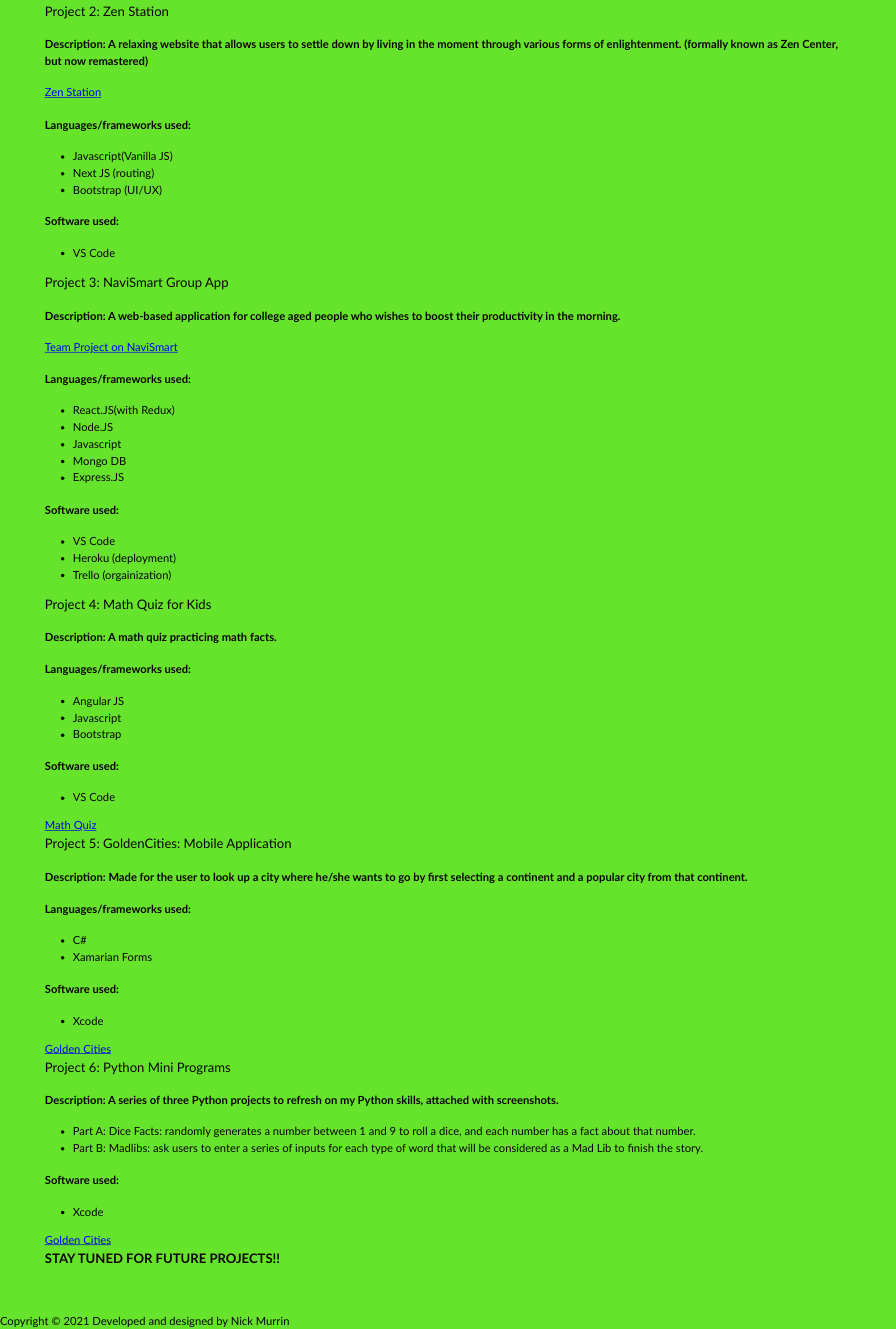
Repository: collegedude9300/modernport
Page: about.html
These files come from the project's save history. The page is drawn as it stood at one moment and after the next save; the edit follows.
The browser window is 1280 px wide. The pictures show the part of the page from y = 794 to 2714 px (the page is 2693 px tall before and 2714 px after), at 70% of full size.

Above is the page before, as saved 2022-10-21 17:33:57.

### about.html
<!DOCTYPE html>
<html lang="en">
<head>
  <meta charset="UTF-8">
  <meta name="viewport" content="width=device-width, initial-scale=1.0">
  <meta http-equiv="X-UA-Compatible" content="ie=edge">
  <link rel="stylesheet" href="css/main.css">
  <title>Portfolio</title>
</head>
<body>
<header>
<div class="menu-btn">
<div class="btn-line"></div>
<div class="btn-line"></div>
<div class="btn-line"></div>
</div>

<nav class="menu">
<div class="menu-branding">
<div class="portrait"></div>
</div>

<ul class="menu-nav">
<li class="nav-item">
<a href="index.html" class="nav-link">
Home
</a>
</li>

<li class="nav-item current">
<a href="about.html" class="nav-link">
About Me
</a>
</li>



<li class="nav-item">
<a href="contact.html" class="nav-link">
Contact Me
</a>
</li>
</ul>
</nav>
</header>
<main id="home">

<h1 class="lg-heading">
About Me:
</h1>
    <div class="about-info">
      <div class="bio">
        <p>My name is Nick Murrin and I am a Computer Science graduate of California State University San Marcos.
        I also have a certification in web development, specifically in Full Stack Web Developement.
        My  current expertise is in Front End Web Development.
        I take pride in my  work, and I am always available to help people with their websites.
        </p>
      </div>
      <div class="project1">
        <h3>Project 1: Education Station </h3>
        <h4>Description: An educational website that reinforces early education for younger kids.</h4>
        <a href="https://educationstation.vercel.app/ "/>Education Station </a>
<h4> Languages/frameworks used: </h4>
<ul>
  <li>Javascript (Vanilla JS)</li>
  <li>Bootstrap</li>
</ul>
<h4> Software used: </h4>
<ul>
<li> Notepad ++  </li>
</ul>
      </div>
      <div class="project2">
        <h3>Project 2: Zen Station</h3>
        <h4>Description: A relaxing website that allows users to settle down by living in the moment through various forms of enlightenment.
          (formally known as Zen Center, but now remastered)</h4>
        <a href="https://zenstationnext.vercel.app/"/> Zen Station </a>
<h4> Languages/frameworks used: </h4>
<ul>
  <li>Javascript(Vanilla JS)</li>
  <li>Next JS (routing)</li>
  <li>Bootstrap (UI/UX)</li>
</ul>
<h4> Software used: </h4>
<ul>
<li> VS Code  </li>
</ul>
      </div>
      <div class="project3">
        <h3>Project 3: NaviSmart Group App</h3>
        <h4>Description: A web-based application for college aged people who wishes to boost their productivity in the morning.
        </h4>
        <a href="https://github.com/Willhanau/FigNeutrons">Team Project on NaviSmart</a>
 <h4> Languages/frameworks used: </h4>
<ul>
  <li>React.JS(with Redux)</li>
  <li>Node.JS</li>
  <li>Javascript</li>
  <li> Mongo DB  </li>
  <li>Express.JS</li>
</ul>
<h4> Software used: </h4>
<ul>
<li> VS Code  </li>
<li> Heroku (deployment)  </li>
<li> Trello (orgainization)  </li>
</ul>
</div>

<div class="project4">
        <h3>Project 4: Math Quiz for Kids</h3>
        <h4>Description: A math quiz practicing math facts.</h4>
<h4> Languages/frameworks used: </h4>
<ul>
  <li>Angular JS</li>
  <li>Javascript</li>
  <li>Bootstrap</li>
</ul>
<h4> Software used: </h4>
<ul>
<li> VS Code  </li>
</ul>
<a href="https://github.com/collegedude9300/mathquiz"/> Math Quiz </a>
      </div>
</div>
<div class="project5">
        <h3>Project 5: GoldenCities: Mobile Application</h3>
        <h4>Description: Made for the user to look up a city where he/she wants to go by first selecting a continent and a popular city from that continent.</h4>
<h4> Languages/frameworks used: </h4>
<ul>
  <li>C#</li>
  <li>Xamarian Forms</li>
</ul>
<h4> Software used: </h4>
<ul>
<li> Xcode  </li>
</ul>
<a href="https://github.com/collegedude9300/goldencity"/> Golden Cities </a>
      </div>
</div>
<div class="project6">
        <h3>Project 6: Python Mini Programs</h3>
        <h4>Description: A series of three Python projects to refresh on my Python skills, attached with screenshots.</h4>
<ul>
  <li>Part A: Dice Facts: randomly generates a number between 1 and 9 to roll a dice, and each number has a fact about that number. </li>
  <a href="https://github.com/collegedude9300/factdice"/> </a>
  <li>Part B: Madlibs:  ask users to enter a series of inputs for each type of word that will be considered as a Mad Lib to finish the story.</li>
</ul>
<h4> Software used: </h4>
<ul>
<li> Xcode  </li>
</ul>
<a href="https://github.com/collegedude9300/goldencity"/> Golden Cities </a>
      </div>
</div>
<h3> <b>STAY TUNED FOR FUTURE PROJECTS!! </b></h3>
</main>
  <footer id="main-footer">
  Copyright &copy; 2021
  Developed and designed by Nick Murrin
  </footer>
<script src="js/main.js"> </script>
</body>
</html>

### css/main.css
.menu-btn {
  position: absolute;
  z-index: 3;
  right: 35px;
  top: 35px;
  cursor: pointer;
  transition: all 0.5s ease-out; }
  .menu-btn .btn-line {
    width: 28px;
    height: 3px;
    margin: 0 0 5px 0;
    background: #000;
    transition: all 0.5s ease-out; }
  .menu-btn.close {
    transform: rotate(180deg); }
    .menu-btn.close .btn-line:nth-child(1) {
      transform: rotate(45deg) translate(5px, 5px); }
    .menu-btn.close .btn-line:nth-child(2) {
      opacity: 0; }
    .menu-btn.close .btn-line:nth-child(3) {
      transform: rotate(-45deg) translate(7px, -6px); }

.menu {
  position: fixed;
  top: 0;
  width: 100%;
  opacity: 0.9;
  visibility: hidden; }
  .menu.show {
    visibility: visible; }
  .menu-branding, .menu-nav {
    display: flex;
    flex-flow: column wrap;
    align-items: center;
    justify-content: center;
    float: left;
    width: 50%;
    height: 100vh;
    overflow: hidden; }
  .menu-nav {
    margin: 0;
    padding: 0;
    background: #f6a205;
    list-style: none;
    transform: translate3d(0, -100%, 0);
    transition: all 0.5s ease-out; }
    .menu-nav.show {
      transform: translate3d(0, 0, 0); }
  .menu-branding {
    background: #faac1b;
    transform: translate3d(0, 100%, 0);
    transition: all 0.5s ease-out; }
    .menu-branding.show {
      transform: translate3d(0, 0, 0); }
    .menu-branding .portrait {
      width: 250px;
      height: 250px; }
  .menu .nav-item {
    transform: translate3d(600px, 0, 0);
    transition: all 0.5s ease-out; }
    .menu .nav-item.show {
      transform: translate3d(0, 0, 0); }
  .menu .nav-link {
    display: inline-block;
    position: relative;
    font-size: 30px;
    text-transform: uppercase;
    padding: 1rem 0;
    font-weight: 300;
    color: #000;
    text-decoration: none;
    transition: all 0.5s ease-out; }

.nav-item:nth-child(1) {
  transition-delay: 0.1s; }

.nav-item:nth-child(2) {
  transition-delay: 0.2s; }

.nav-item:nth-child(3) {
  transition-delay: 0.3s; }

.nav-item:nth-child(4) {
  transition-delay: 0.4s; }

@media screen and (min-width: 1171px) {
  .projects {
    grid-template-columns: repeat(4, 1fr); } }

@media screen and (min-width: 769px) and (max-width: 1170px) {
  .projects {
    grid-template-columns: repeat(3, 1fr); } }

@media screen and (max-width: 768px) {
  main {
    align-items: center;
    text-align: center; }
    main .lg-heading {
      line-height: 1;
      margin-bottom: 1rem; }
  ul.menu-nav,
  div.menu-branding {
    float: none;
    width: 100%;
    min-height: 0; }
    ul.menu-nav.show,
    div.menu-branding.show {
      transform: translate3d(0, 0, 0); }
  .menu-nav {
    height: 75vh;
    transform: translate3d(-100%, 0, 0);
    font-size: 24px; }
  .menu-branding {
    height: 25vh;
    transform: translate3d(100%, 0, 0); }
    .menu-branding .portrait {
      width: 150px;
      height: 150px; }
  .about-info {
    grid-template-areas: 'bioimage'
 'bio'
 'job1'
 'job2'
 'job3';
    grid-template-columns: 1fr; }
  .projects {
    grid-template-columns: repeat(2, 1fr); } }

@media screen and (max-width: 500px) {
  main {
    padding: 2rem; }
    main #home h1 {
      margin-top: 10vh; }
    main .lg-heading {
      margin-top: 1rem;
      font-size: 5rem; }
  .projects {
    grid-template-columns: 1fr; } }

* {
  box-sizing: border-box; }

body {
  background: #66e42c;
  color: #0a0303;
  height: 100%;
  margin: 0;
  font-family: 'Trebuchet MS', 'Lucida Sans Unicode', 'Lucida Grande', 'Lucida Sans', Arial, sans-serif;
  line-height: 1.5; }

.transition1 {
  width: 150px;
  height: 150px;
  background: red;
  transition: width 3s; }

.transition2 {
  width: 150px;
  height: 150px;
  background: #12e7ee;
  transition: width 3s; }

.transition3 {
  width: 150px;
  height: 150px;
  background: #e7d918;
  transition: width 3s; }

.transition4 {
  width: 150px;
  height: 150px;
  background: rgba(238, 150, 18, 0.753);
  transition: width 3s; }

.myTitle {
  padding: 50px;
  margin: 20px;
  font-size: 30px;
  font-family: Cambria, Cochin, Georgia, Times, 'Times New Roman', serif;
  color: #1133ca; }

h1, h2, h3 {
  margin: 0;
  font-weight: 400; }

.lg-heading {
  font-size: 6rem; }

header {
  position: relative;
  z-index: 2; }

main {
  padding: 4rem;
  height: 100%; }
  main#home {
    overflow: hidden; }
  main h1 {
    margin-top: 20vh; }

### js/main.js
// Select DOM Items
const menuBtn = document.querySelector('.menu-btn');
const menu = document.querySelector('.menu');
const menuNav = document.querySelector('.menu-nav');
const menuBranding = document.querySelector('.menu-branding');
const navItems = document.querySelectorAll('.nav-item');

// Set Initial State Of Menu
let showMenu = false;

menuBtn.addEventListener('click', toggleMenu);

function toggleMenu() {
  if (!showMenu) {
    menuBtn.classList.add('close');
    menu.classList.add('show');
    menuNav.classList.add('show');
    menuBranding.classList.add('show');
    navItems.forEach(item => item.classList.add('show'));

    // Set Menu State
    showMenu = true;
  } else {
    menuBtn.classList.remove('close');
    menu.classList.remove('show');
    menuNav.classList.remove('show');
    menuBranding.classList.remove('show');
    navItems.forEach(item => item.classList.remove('show'));

    // Set Menu State
    showMenu = false;
  }
}

After the next save:
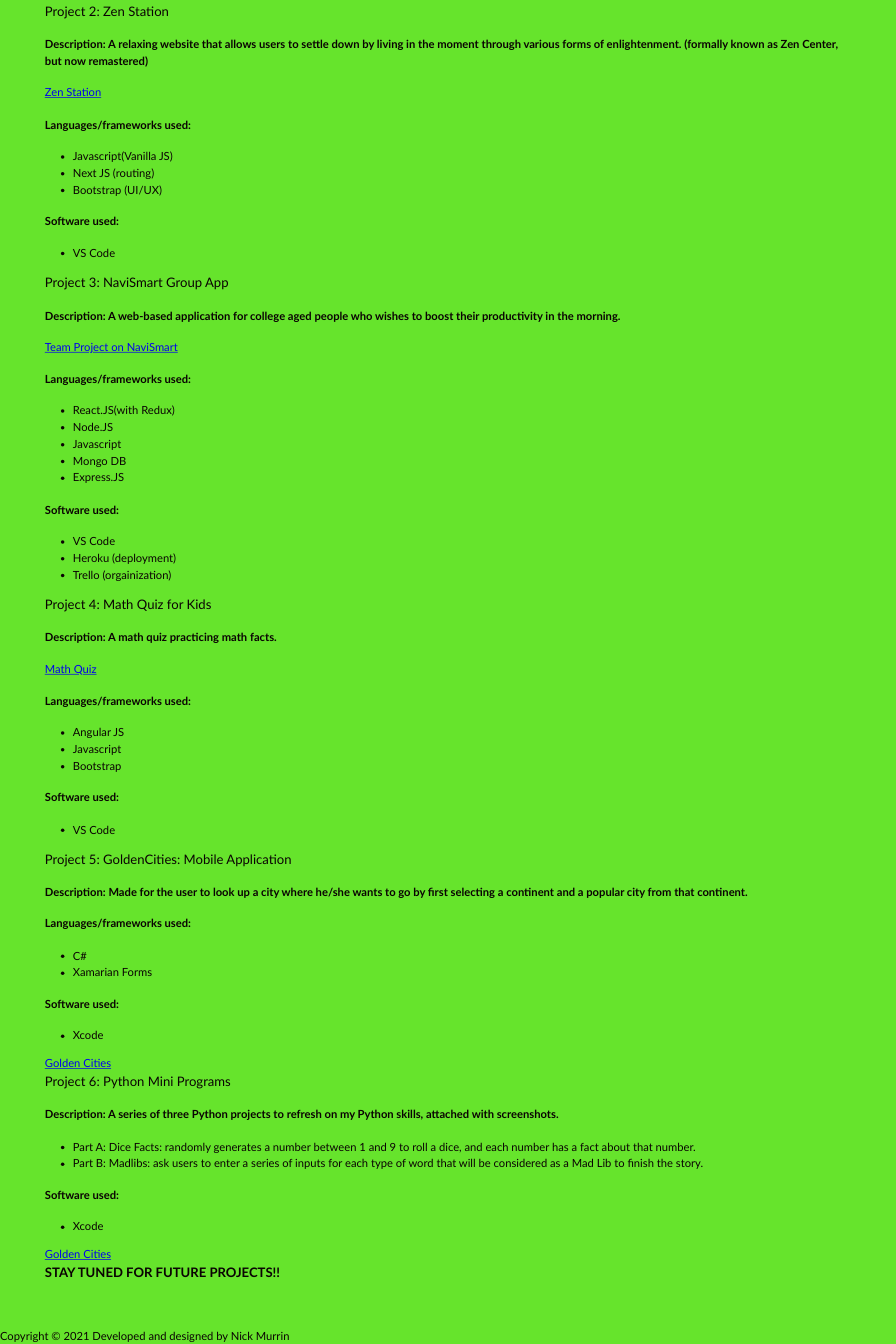
Saved 2 min 54 s later.
--- a/about.html
+++ b/about.html
@@ -110,6 +110,7 @@ About Me:
 <div class="project4">
         <h3>Project 4: Math Quiz for Kids</h3>
         <h4>Description: A math quiz practicing math facts.</h4>
+        <a href="https://mathquiz-sigma.vercel.app/"/> Math Quiz </a>
 <h4> Languages/frameworks used: </h4>
 <ul>
   <li>Angular JS</li>
@@ -120,7 +121,6 @@ About Me:
 <ul>
 <li> VS Code  </li>
 </ul>
-<a href="https://github.com/collegedude9300/mathquiz"/> Math Quiz </a>
       </div>
 </div>
 <div class="project5">
